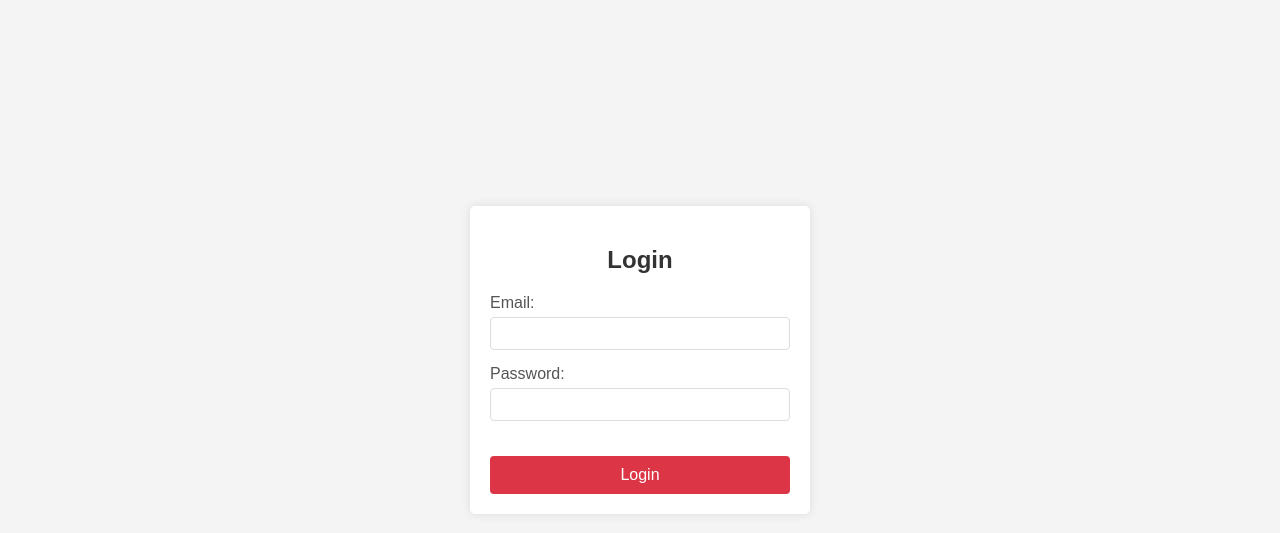
Repository: vinayakGarudi2002/swabhavTrainingProjects
Page: http://localhost/01_banking_application/login.jsp
The author's editor kept a copy of each file at every save. The page is drawn from the files as they stood at one save, then again after the next save.
The browser window is 1280 px wide. The pictures show the whole page.
The page is served by Tomcat 9.

Above is the page before, as saved 2024-08-12 06:31:53.

After the next save:
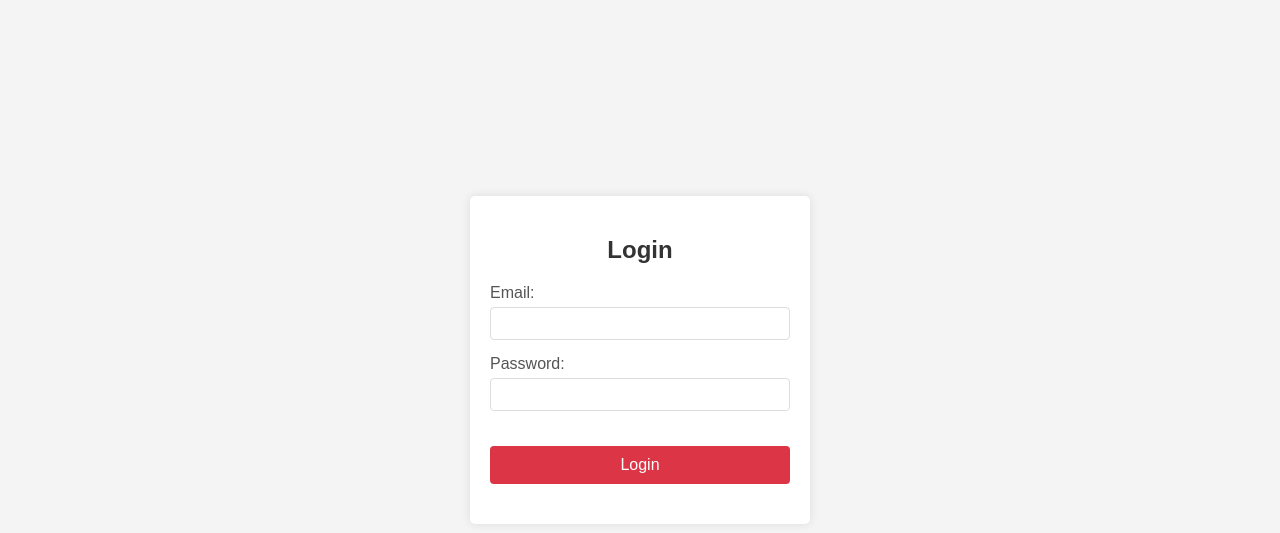
Saved 44 s later.
--- a/01_banking_application/WebContent/login.jsp
+++ b/01_banking_application/WebContent/login.jsp
@@ -21,7 +21,7 @@
             <button type="submit">Login</button>
         </form>
         <c:if test="${not empty errorMessage}">
-            <div class="">${errorMessage}</div>
+            <div class="succes-message">${errorMessage}</div>
         </c:if>
     </div>
 </body>
